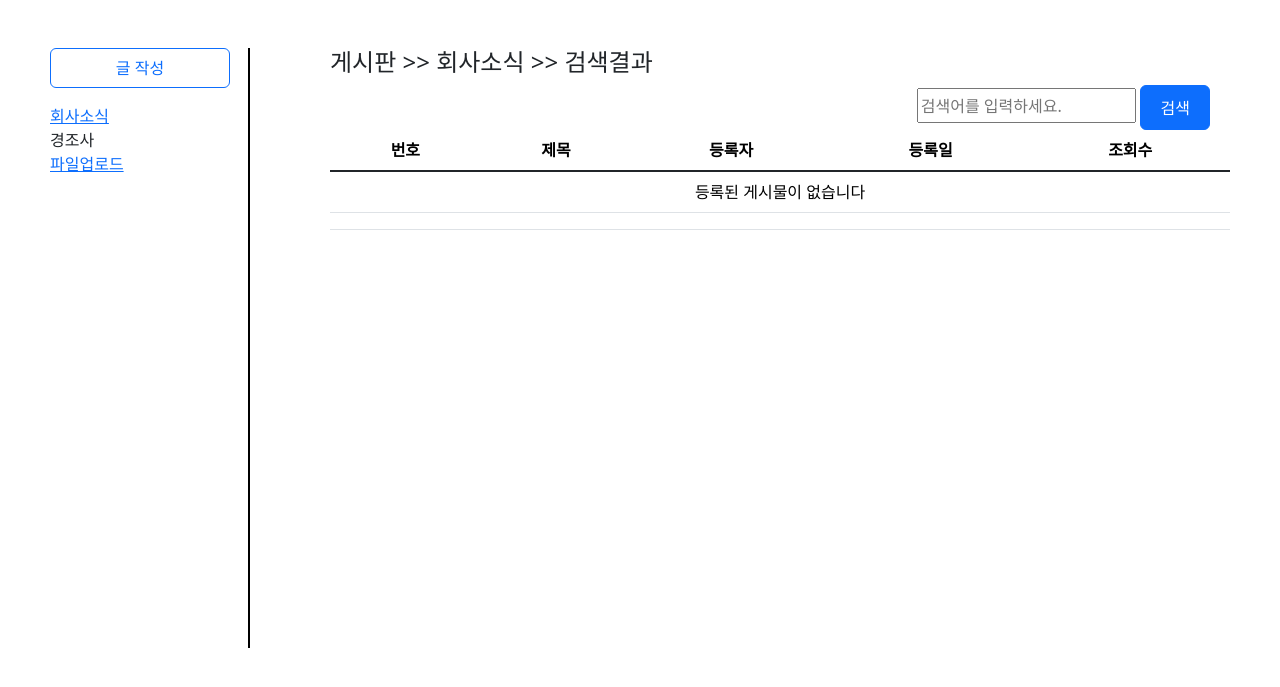
Repository: KimDongGyuu/final
Page: http://localhost/aceworks/WEB-INF/views/company_news/company_news_Search.jsp
An editor plug-in stored every save of this project. The page is shown before and after the next save, followed by the edit.
The browser window is 1280 px wide. The pictures show the whole page.
The page is served by Tomcat 9. Nobody is signed in. The template is opened directly, without the code that normally fills it, so the values that code supplies are empty.

Above is the page before, as saved 2024-03-17 06:21:00.

After the next save:
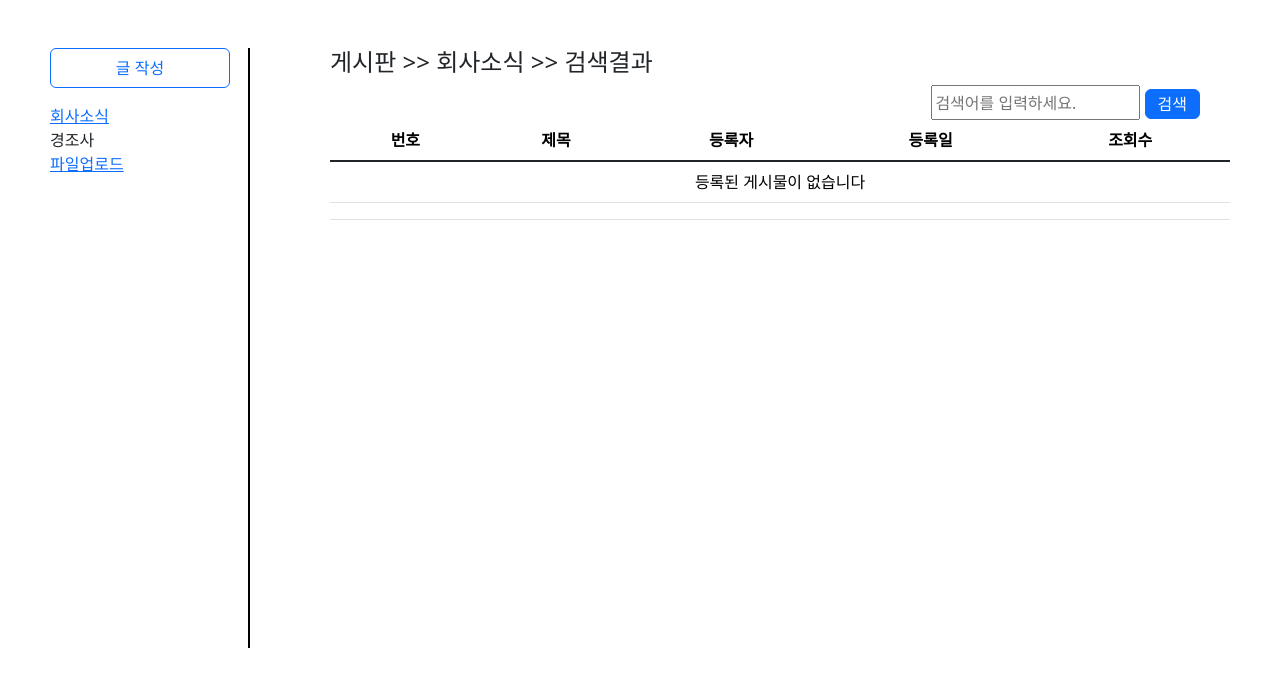
Saved 18 h 48 min later.
--- a/aceworks/src/main/webapp/WEB-INF/views/company_news/company_news_Search.jsp
+++ b/aceworks/src/main/webapp/WEB-INF/views/company_news/company_news_Search.jsp
@@ -26,10 +26,9 @@
 	width: 180px;
 	height: 40px;
 }
-
 #Sbt {
-	width: 70px;
-	height: 45px;
+	padding-top: 2px;
+	height: 30px;
 }
 
 h3 {
